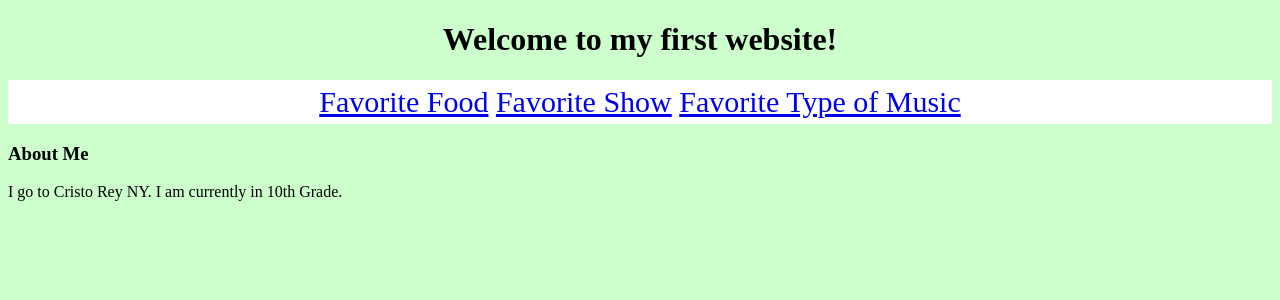
Repository: MM1323/unit9lesson1_startercode
Page: index.html
The author's editor kept a record of every edit. The page is drawn from the files as they stood at one moment, then again after the next edit.
The browser window is 1280 px wide. The pictures show the whole page.

Above is the page before.

### index.html
<!DOCTYPE html>
<html>
<head>
	<title>ScriptEd Unit 9: Linking pages</title>
	<link rel="stylesheet" href="./style/homestyle.css" type="text/css" />
	<script type="text/javascript" src="./action.js"></script>
</head>


<body>

<div id="header">
	 <h1>Welcome to my first website!</h1>
</div>

  	<div class="start">
  	     <a  href="pages/page1.html">Favorite Food</a>
  	     <a  href="pages/page2.html">Favorite Show</a>
  		 <a  href="pages/page3.html">Favorite Type of Music</a>
    </div>


  	<h3> About Me</h3>

  	<div id="me"
  	<img src="http://bit.ly/20Q2AdQ" alt="book" height="42" width="42">
  	</div>



	<p> I go to Cristo Rey NY. I am currently in 10th Grade.</p>




	<audio id="audio" controls loop autoplay>
        <source src="./music/Sia.mp3" type="audio/mpeg" id="mp3source">
	  </audio>













</body>
</html>

### style/homestyle.css
body{
    background-color: #CCFFCC;
}

audio {
   display:none;
}



.start {
    background-color: white;
    color: black;
    text-align:center;
    padding:5px;
    font-size:30px;

}










#header{
    text-align:center;
}

Loaded but not shown: action.js (no stored copy; drawn as an empty file)

After the next edit:
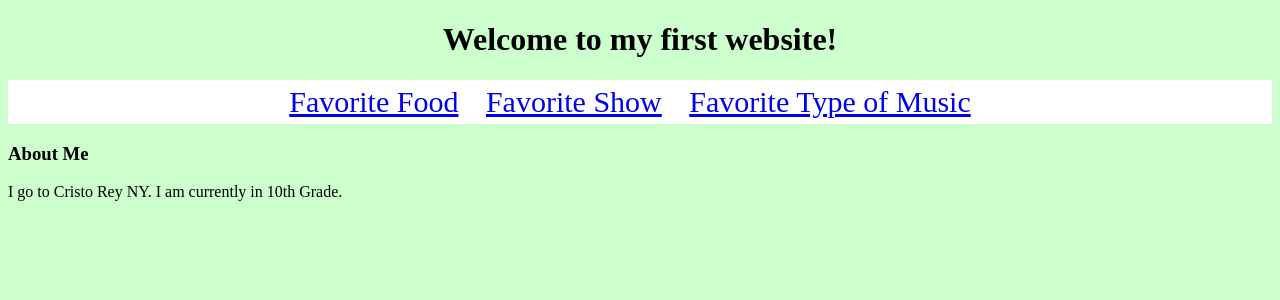
The edit:
--- a/style/homestyle.css
+++ b/style/homestyle.css
@@ -17,7 +17,9 @@
 
 }
 
-
+.start a {
+    margin-right: 20px;
+}
 
 
 
